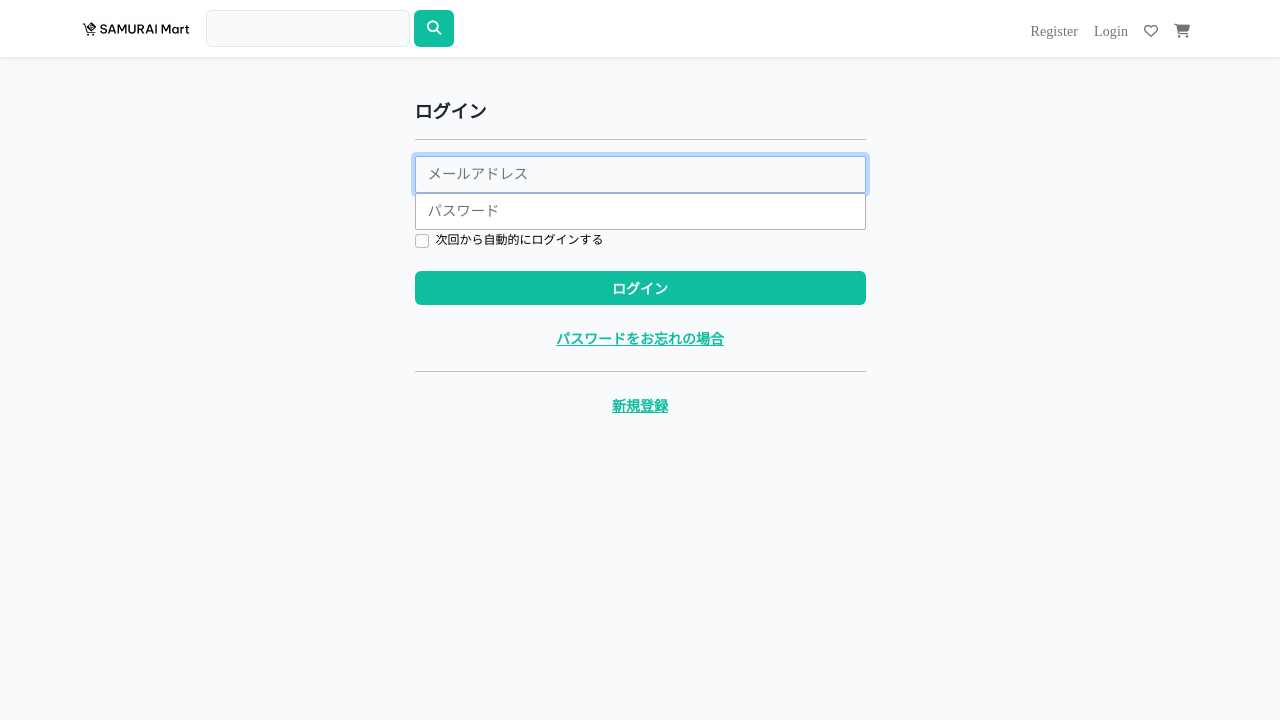
Repository: takaran/laravel-todo-kadai1
Page: http://localhost/login
These files come from the project's save history. The page is drawn as it stood at one moment and after the next save; the edit follows.
The browser window is 1280 px wide. The pictures show the whole page.
Some web libraries are served in a nearby version. The page is served by the project's Laravel application, run on PHP 8.4 with Laravel 9. Other server files are loaded and not shown. Style sheets and scripts are compiled from the project's sources, by tool versions that may differ from the author's.

Above is the page before, as saved 2024-06-04 19:58:31.

### routes/web.php
<?php

use Illuminate\Support\Facades\Route;
use App\Http\Controllers\ProductController;


/*
|--------------------------------------------------------------------------
| Web Routes
|--------------------------------------------------------------------------
|
| Here is where you can register web routes for your application. These
| routes are loaded by the RouteServiceProvider within a group which
| contains the "web" middleware group. Now create something great!
|
*/

Route::get('/', function () {
    return view('welcome');
});

Route::resource('products', ProductController::class)->middleware(['auth', 'verified']);
Auth::routes(['verify' => true]);

Route::get('/home', [App\Http\Controllers\HomeController::class, 'index'])->name('home');

### resources/views/auth/login.blade.php
@extends('layouts.app')

@section('content')
<div class="container">
    <div class="row justify-content-center">
        <div class="col-md-5">
            <h3 class="mt-3 mb-3">ログイン</h3>

            <hr>
            <form method="POST" action="{{ route('login') }}">
                @csrf

                <div class="form-group">
                    <input id="email" type="email"
                        class="form-control @error('email') is-invalid @enderror samuraimart-login-input" name="email"
                        value="{{ old('email') }}" required autocomplete="email" autofocus placeholder="メールアドレス">

                    @error('email')
                        <span class="invalid-feedback" role="alert">
                            <strong>メールアドレスが正しくない可能性があります。</strong>
                        </span>
                    @enderror
                </div>

                <div class="form-group">
                    <input id="password" type="password"
                        class="form-control @error('password') is-invalid @enderror samuraimart-login-input"
                        name="password" required autocomplete="current-password" placeholder="パスワード">

                    @error('password')
                        <span class="invalid-feedback" role="alert">
                            <strong>パスワードが正しくない可能性があります。</strong>
                        </span>
                    @enderror
                </div>

                <div class="form-group">
                    <div class="form-check">
                        <input class="form-check-input" type="checkbox" name="remember" id="remember" {{ old('remember') ? 'checked' : '' }}>

                        <label class="form-check-label samuraimart-check-label w-100" for="remember">
                            次回から自動的にログインする
                        </label>
                    </div>
                </div>

                <div class="form-group">
                    <button type="submit" class="mt-3 btn samuraimart-submit-button w-100">
                        ログイン
                    </button>

                    <a class="btn btn-link mt-3 d-flex justify-content-center samuraimart-login-text"
                        href="{{ route('password.request') }}">
                        パスワードをお忘れの場合
                    </a>
                </div>
            </form>

            <hr>

            <div class="form-group">
                <a class="btn btn-link mt-3 d-flex justify-content-center samuraimart-login-text"
                    href="{{ route('register') }}">
                    新規登録
                </a>
            </div>
        </div>
    </div>
</div>
@endsection

### resources/views/layouts/app.blade.php
<!doctype html>
<html lang="{{ str_replace('_', '-', app()->getLocale()) }}">

<head>
    <meta charset="utf-8">
    <meta name="viewport" content="width=device-width, initial-scale=1">

    <!-- CSRF Token -->
    <meta name="csrf-token" content="{{ csrf_token() }}">

    <title>{{ config('app.name', 'Laravel') }}</title>

    <!-- Fonts -->
    <link rel="dns-prefetch" href="//fonts.bunny.net">
    <link href="https://fonts.bunny.net/css?family=Nunito" rel="stylesheet">

    <!-- Scripts -->
    @vite(['resources/sass/app.scss', 'resources/js/app.js'])
    <script src="https://kit.fontawesome.com/fb2bfe47cd.js" crossorigin="anonymous"></script>

    <!-- Styles -->
    <link href="{{ asset('css/samuraimart.css') }}" rel="stylesheet">

</head>

<body>
    <div id="app">
        @component('components.header')
        @endcomponent

        <main class="py-4 mb-5">
            @yield('content')
        </main>
    </div>
</body>

</html>

### resources/views/components/header.blade.php
<nav class="navbar navbar-expand-md navbar-light shadow-sm samuraimart-header-container">
  <div class="container">
    <a class="navbar-brand" href="{{ url('/') }}">
      <img src="{{asset('img/logo.jpg')}}">
    </a>
    <form class="row g-1">
      <div class="col-auto">
        <input class="form-control samuraimart-header-search-input">
      </div>
      <div class="col-auto">
        <button type="submit" class="btn samuraimart-header-search-button"><i
            class="fas fa-search samuraimart-header-search-icon"></i></button>
      </div>
    </form>
    <button class="navbar-toggler" type="button" data-bs-toggle="collapse" data-bs-target="#navbarSupportedContent"
      aria-controls="navbarSupportedContent" aria-expanded="false" aria-label="{{ __('Toggle navigation') }}">
      <span class="navbar-toggler-icon"></span>
    </button>

    <div class="collapse navbar-collapse" id="navbarSupportedContent">
      <!-- Right Side Of Navbar -->
      <ul class="navbar-nav ms-auto mr-5 mt-2">
        <!-- Authentication Links -->
        @guest
      <li class="nav-item mr-5">
        <a class="nav-link" href="{{ route('register') }}">{{ __('Register') }}</a>
      </li>
      <li class="nav-item mr-5">
        <a class="nav-link" href="{{ route('login') }}">{{ __('Login') }}</a>
      </li>
      <hr>
      <li class="nav-item mr-5">
        <a class="nav-link" href="{{ route('login') }}"><i class="far fa-heart"></i></a>
      </li>
      <li class="nav-item mr-5">
        <a class="nav-link" href="{{ route('login') }}"><i class="fas fa-shopping-cart"></i></a>
      </li>
    @else
    <li class="nav-item mr-5">
      <a href="{{ route('logout') }}"
      onclick="event.preventDefault(); document.getElementById('logout-form').submit();">
      ログアウト
      </a>

      <form id="logout-form" action="{{ route('logout') }}" method="POST" style="display: none;">
      @csrf
      </form>
    </li>
  @endguest
      </ul>
    </div>
  </div>
</nav>

### public/css/samuraimart.css
@font-face {
  font-family: YuGo;
  src: local(YuGo-Medium),
    url(/path/to/YuGo-Medium.woff2) format("woff2"),
    url(/path/to/YuGo-Medium.woff) format("woff"),
    url(/path/to/YuGo-Medium.ttf) format("truetype");
  font-weight: 500;
  font-style: normal;
  font-stretch: normal;
}

@font-face {
  font-family: YuGo;
  src: local(YuGo-Bold),
    url(/path/to/YuGo-Bold.woff2) format("woff2"),
    url(/path/to/YuGo-Bold.woff) format("woff"),
    url(/path/to/YuGo-Bold.ttf) format("truetype");
  font-weight: bold;
  font-style: normal;
  font-stretch: normal;
}

h1 {
  font-family: YuGo;
  font-size: 26px;
  font-weight: bold;
  font-stretch: normal;
  font-style: normal;
  line-height: normal;
  letter-spacing: -0.13px;
}

h2 {
  font-family: YuGo;
  font-size: 22px;
  font-weight: bold;
  font-stretch: normal;
  font-style: normal;
  line-height: normal;
  letter-spacing: normal;
}

h3 {
  font-family: YuGo;
  font-size: 18px;
  font-weight: bold;
  font-stretch: normal;
  font-style: normal;
  line-height: normal;
  letter-spacing: 0.04px;
}

big {
  font-family: YuGo;
  font-size: 16px;
  font-weight: 500;
  font-stretch: normal;
  font-style: normal;
  line-height: normal;
  letter-spacing: 0.08px;
}

body {
  font-family: YuGo;
  font-size: 14px;
  font-weight: 500;
  font-stretch: normal;
  font-style: normal;
  line-height: normal;
  letter-spacing: 0.11px;
}

caption {
  font-family: YuGo;
  font-size: 12px;
  font-weight: 500;
  font-stretch: normal;
  font-style: normal;
  line-height: normal;
  letter-spacing: 0.08px;
}

label {
  font-family: YuGo;
  font-size: 14px;
  font-weight: bold;
  font-stretch: normal;
  font-style: normal;
  line-height: normal;
  letter-spacing: normal;
  color: #191919;
}

.samuraimart-login-input {
  border-radius: 2px;
  border: solid 1px #b2b2b2;
  background-color: #ffffff;
}

.samuraimart-check-label {
  font-family: YuGo;
  font-size: 12px;
  font-weight: 500;
  font-stretch: normal;
  font-style: normal;
  line-height: normal;
  letter-spacing: normal;
  color: #000000;
}

.samuraimart-require-input-label {
  border-radius: 1px;
  background-color: #e2001b;
}

.samuraimart-require-input-label-text {
  font-family: YuGo;
  font-size: 14px;
  font-weight: 500;
  font-stretch: normal;
  font-style: normal;
  line-height: normal;
  letter-spacing: normal;
  color: #ffffff;
}

.samuraimart-submit-button {
  font-family: YuGo;
  font-size: 14px;
  font-weight: bold;
  font-stretch: normal;
  font-style: normal;
  line-height: normal;
  letter-spacing: normal;
  color: #ffffff;
  background-color: #0fbe9f;
}

.samuraimart-login-text {
  font-family: YuGo;
  font-size: 14px;
  font-weight: bold;
  font-stretch: normal;
  font-style: normal;
  line-height: normal;
  letter-spacing: normal;
  color: #0fbe9f;
}

.samuraimart-header-container {
  box-shadow: 0 1px 1px 0 rgba(0, 0, 0, 0.1);
  background-color: #ffffff;
}

.samuraimart-header-search-input {
  border: solid 1px #e5e5e5;
}

.samuraimart-header-search-button {
  background-color: #0fbe9f;
}

.samuraimart-header-search-icon {
  color: #ffffff;
}

.samuraimart-header-fav-icon {
  color: #191919;
}

.samuraimart-header-shoppingcart-icon {
  color: #ffffff;
}

### resources/sass/app.scss
// Fonts
@import url('https://fonts.googleapis.com/css?family=Nunito');


// Variables
@import 'variables';

// Bootstrap
@import 'bootstrap/scss/bootstrap';

### resources/views/components/footer.blade.php
<nav class="navbar navbar-expand-md navbar-light bg-white shadow-sm fixed-bottom mt-5">
  <a class="navbar-brand mx-auto" href="{{ url('/') }}">
    <img src="{{asset('img/logo.jpg')}}" class="img-fluid">
  </a>
</nav>

Loaded but not shown: app/Providers/AppServiceProvider.php (common file); app/Http/Controllers/Auth/ConfirmPasswordController.php (common file); app/Http/Controllers/Controller.php (common file); app/Http/Controllers/Auth/LoginController.php (common file); resources/sass/_variables.scss (common file)

After the next save:
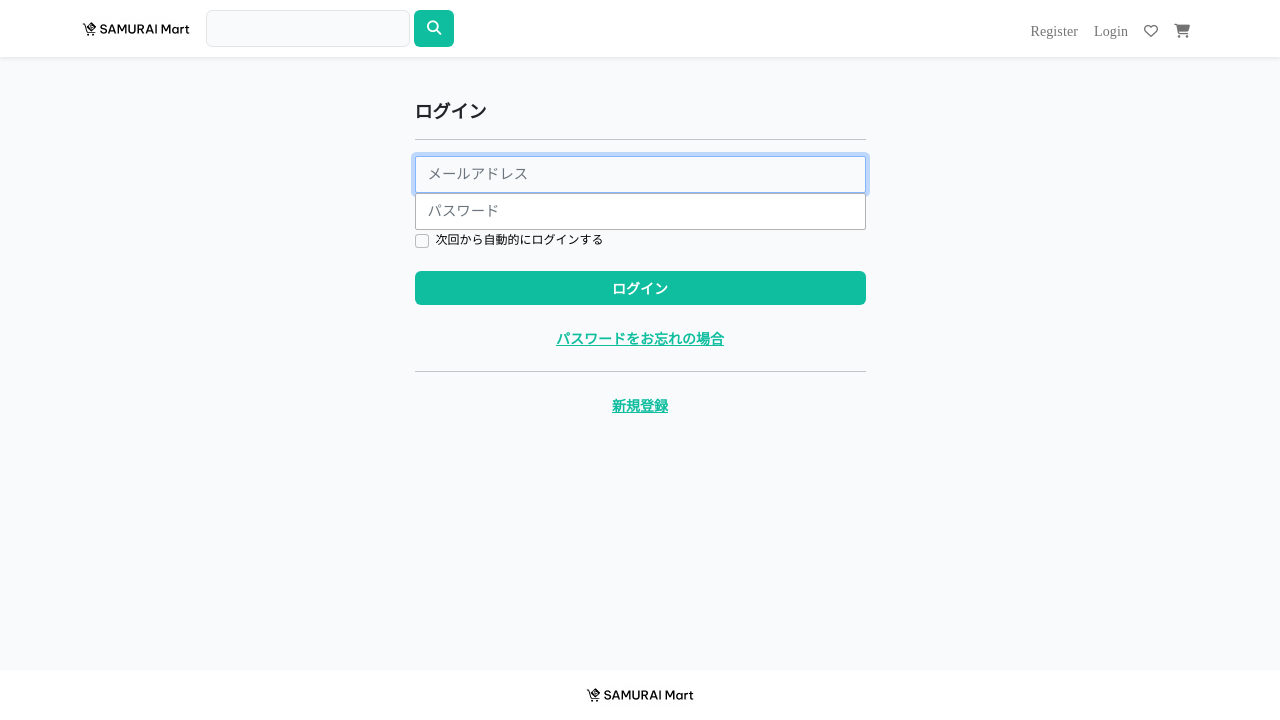
Saved 35 s later.
--- a/resources/views/layouts/app.blade.php
+++ b/resources/views/layouts/app.blade.php
@@ -31,6 +31,9 @@
         <main class="py-4 mb-5">
             @yield('content')
         </main>
+
+        @component('components.footer')
+        @endcomponent
     </div>
 </body>
 
